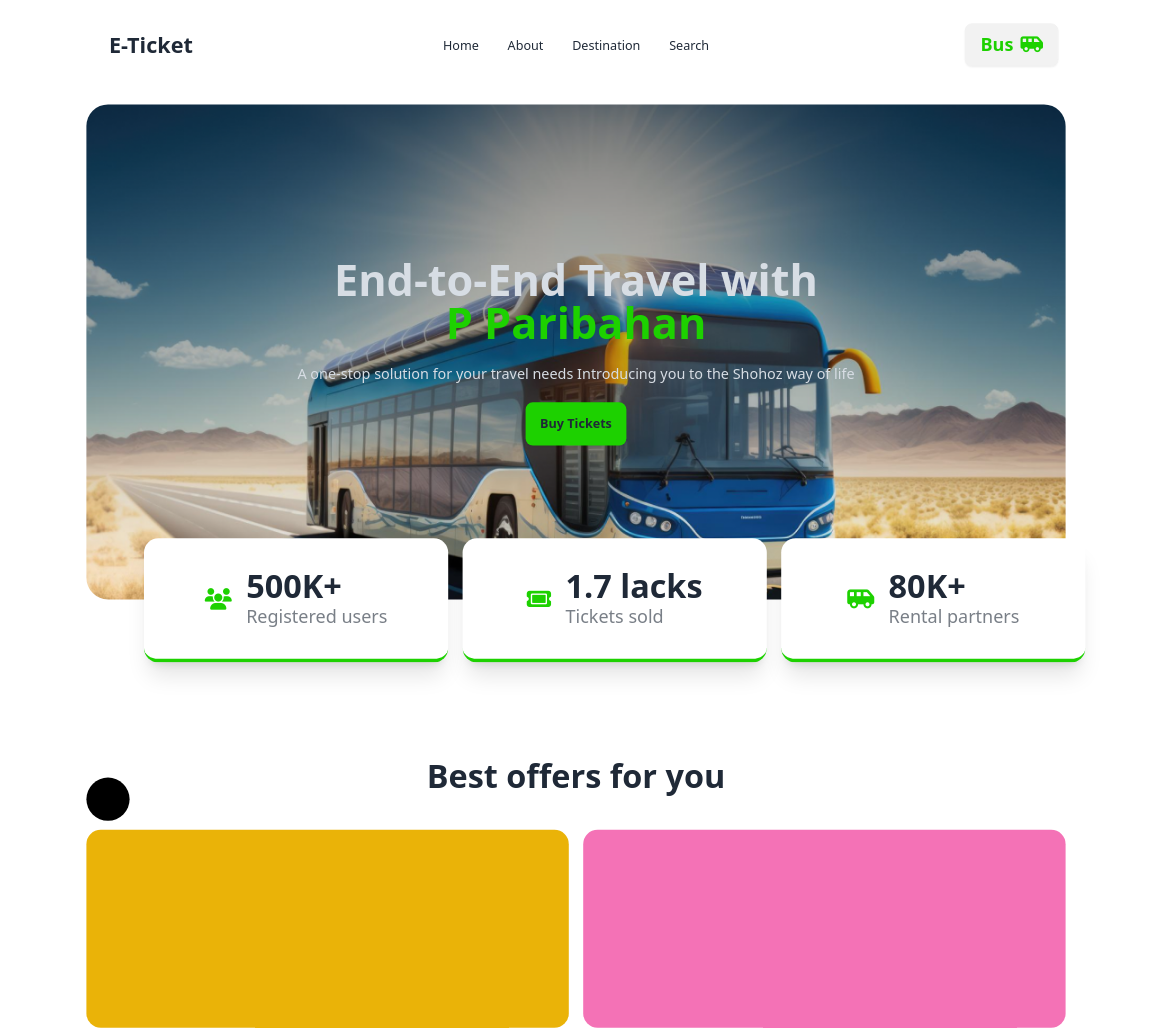
Repository: RudrasahaDibos/Smart-ticketing
Page: index.html
An editor plug-in stored every save of this project. The page is shown before and after the next save, followed by the edit.
The browser window is 1280 px wide. The pictures show the whole page, at 90% of full size.
Some web fonts or font styles are not loaded; a fallback is used. Some web libraries are served in a nearby version.

Above is the page before, as saved 2024-11-10 01:12:13.

### index.html
<!DOCTYPE html>
<html lang="en">
<head>
    <meta charset="UTF-8">
    <meta name="viewport" content="width=device-width, initial-scale=1.0">
    <title>Smart-ticketing</title>
    <!-- tailwind link -->
<link href="https://cdn.jsdelivr.net/npm/daisyui@4.12.14/dist/full.min.css" rel="stylesheet" type="text/css" />
<script src="https://cdn.tailwindcss.com"></script>
<!-- font awesome link -->
<link rel="stylesheet" href="https://cdnjs.cloudflare.com/ajax/libs/font-awesome/6.6.0/css/all.min.css" integrity="sha512-Kc323vGBEqzTmouAECnVceyQqyqdsSiqLQISBL29aUW4U/M7pSPA/gEUZQqv1cwx4OnYxTxve5UMg5GT6L4JJg==" crossorigin="anonymous" referrerpolicy="no-referrer" />

<!-- google fonts  -->
<link rel="preconnect" href="https://fonts.googleapis.com">
<link rel="preconnect" href="https://fonts.gstatic.com" crossorigin>
<link href="https://fonts.googleapis.com/css2?family=Anton+SC&family=Manrope:wght@200..800&family=Raleway:ital,wght@0,100..900;1,100..900&display=swap" rel="stylesheet">

<style>
.raleway{
  font-family: "Raleway", sans-serif;
}
</style>



</head>
<body>
    <!-- header ends here -->
    <header  class="container mx-auto lg:pl-24 lg:pr-24 lg:pt-4 w-[1400px]">
               <div>
                <!-- navbar starts here -->
                <div class="navbar bg-base-100">
                    <div class="navbar-start">
                      <div class="dropdown">
                        <div tabindex="0" role="button" class="btn btn-ghost lg:hidden">
                          <svg
                            xmlns="http://www.w3.org/2000/svg"
                            class="h-5 w-5"
                            fill="none"
                            viewBox="0 0 24 24"
                            stroke="currentColor">
                            <path
                              stroke-linecap="round"
                              stroke-linejoin="round"
                              stroke-width="2"
                              d="M4 6h16M4 12h8m-8 6h16" />
                          </svg>
                        </div>
                        <ul
                          tabindex="0"
                          class="menu menu-sm dropdown-content bg-base-100 rounded-box z-[1] mt-3 w-52 p-2 shadow">
                          <li><a>Home</a></li>
                          <li><a>About</a></li>
                          <li><a>Destination</a></li>
                          <li><a>Search</a></li>
                        </ul>
                      </div>
                      <a class="btn btn-ghost text-2xl font-extrabold">E-Ticket</a>
                    </div>
                    <div class="navbar-center hidden lg:flex">
                      <ul class="menu menu-horizontal px-1">
                        <li><a>Home</a></li>
                        <li><a>About</a></li>
                        <li><a>Destination</a></li>
                        <li><a>Search</a></li>
                      </ul>
                    </div>
                    <div class="navbar-end">
                      <a class="btn text-[#1DD100]  border-1  text-xl">Bus <i class="fa-solid fa-van-shuttle"></i></a>
                    </div>
                  </div>
               </div>

              <!-- banner start here -->

              <div
              class="hero h-[550px] mt-8 bg-[url('/images/banner.png')] rounded-3xl relative">

              <div class="hero-content text-neutral-content text-center">
                <div class="">
                  <h1 class="mb-5 text-5xl font-extrabold">End-to-End Travel with <br> <span class="text-5xl text-[#1DD100]  font-extrabold">P Paribahan</span></h1>
                  <p class="mb-5">
                    A one-stop solution for your travel needs

                    Introducing you to the Shohoz way of life
                  </p>
                  <button class="btn bg-[#1DD100] border-none">Buy Tickets</button>
                </div>
              </div>
            </div>



                 <!-- banner end here -->

                <!-- 3 card start here  -->

                        <div class=" flex justify-between items-center gap-4 pl-16 pr-16 absolute -bottom-4   ">
                            <div class="stat flex bg-white justify-center items-center shadow-xl  border-b-4 border-b-[#1DD100]  rounded-2xl w-[338px] h-[138px]">
                                <div class="text-[#1DD100] text-2xl font-extrabold ">
                                    <i class="fa-solid fa-users"></i>
                                  </div>

                             <div>
                                <div class="stat-value">500K+</div>
                                <div class="stat-desc text-xl ">Registered users</div>
                             </div>


                            </div>

                            <div class="stat flex bg-white justify-center items-center  border-b-4 border-b-[#1DD100] shadow-xl  rounded-2xl w-[338px] h-[138px]">
                                <div class="text-[#1DD100] text-2xl font-extrabold ">
                                    <i class="fa-solid fa-ticket  "></i>

                                  </div>

                             <div>
                                <div class="stat-value">1.7 lacks</div>
                                <div class="stat-desc text-xl ">Tickets sold</div>
                             </div>


                            </div>

                            <div class="stat flex bg-white justify-center items-center  border-b-4 border-b-[#1DD100] shadow-xl  rounded-2xl w-[338px] h-[138px]">
                                <div class="text-[#1DD100] text-2xl font-extrabold ">
                                    <i class="fa-solid fa-van-shuttle"></i>

                                  </div>

                             <div>
                                <div class="stat-value">80K+</div>
                                <div class="stat-desc text-xl ">Rental partners</div>
                             </div>


                            </div>
                          </div>




                  <!-- 3 card ends here -->

               <!-- navbar Ends here -->
    </header>
    <!-- header ends here -->


     <!-- main start here -->
    <main class="container mx-auto lg:pl-24 lg:pr-24 lg:pt-4 w-[1400px]" >
                  <!-- Best offers for you start here -->
                     <section class="mt-40">
                               <h1 class="text-4xl font-semibold text-center">Best offers for you</h1>

                                <div class="flex gap-4 mt-10">
                                    <div class="bg-yellow-500  w-[573px] h-[220px] rounded-2xl">
                                               <p class="bg-black w-[48px] h-[48px] absolute mx-auto rounded-full  -bottom-48 "></p>
                                    </div>
                                    <div class="bg-pink-400   w-[573px] h-[220px] rounded-2xl">

                                    </div>
                                </div>
                     </section>

                  <!-- Best offers for you ends here -->
    </main>
    <!-- main ends here -->



    <!-- js add -->
     <script src="index.js"></script>
</body>
</html>

Loaded but not shown: index.js (common file)

After the next save:
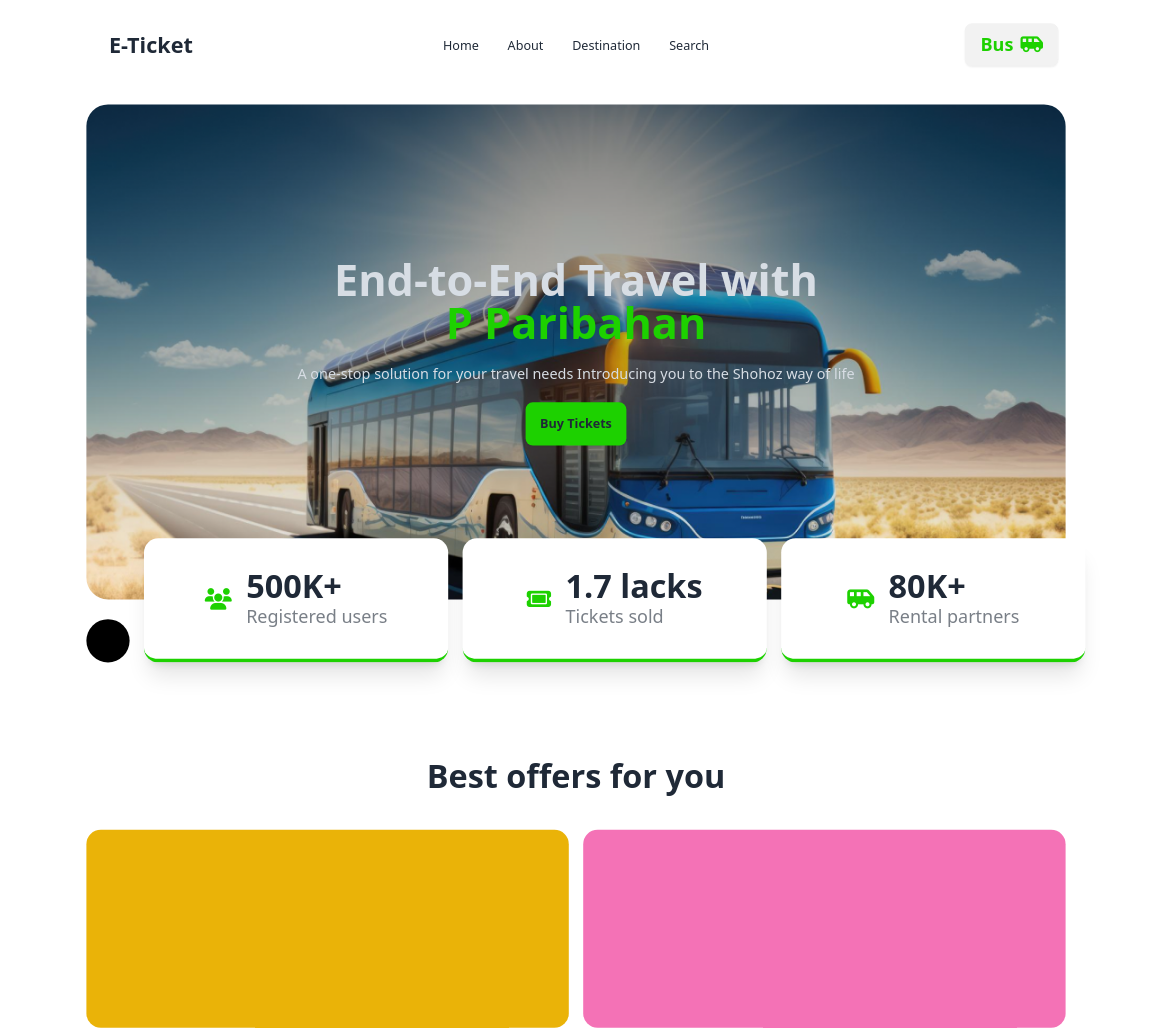
Saved 6 s later.
--- a/index.html
+++ b/index.html
@@ -156,7 +156,7 @@
 
                                 <div class="flex gap-4 mt-10">
                                     <div class="bg-yellow-500  w-[573px] h-[220px] rounded-2xl">
-                                               <p class="bg-black w-[48px] h-[48px] absolute mx-auto rounded-full  -bottom-48 "></p>
+                                               <p class="bg-black w-[48px] h-[48px] absolute mx-auto rounded-full  -bottom-4 "></p>
                                     </div>
                                     <div class="bg-pink-400   w-[573px] h-[220px] rounded-2xl">
 
